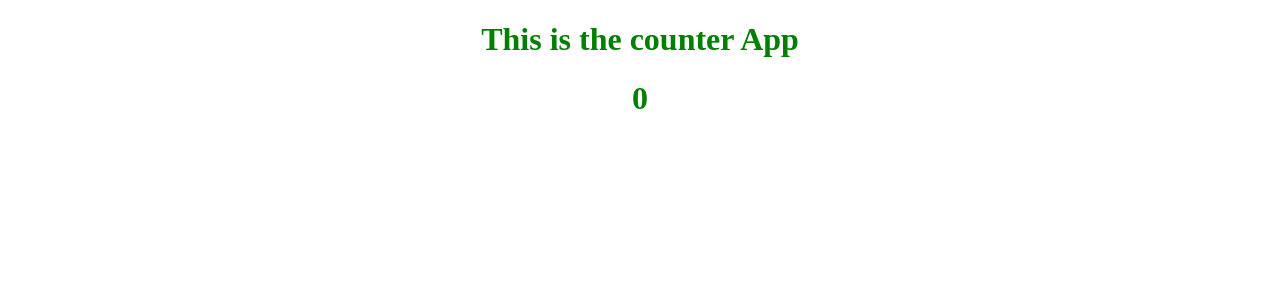
Repository: Gauravyadav678/GcounterApp
Page: / (app in gcounter/)
These files come from the project's save history. The page is drawn as it stood at one moment and after a run of saves; the edit follows.
The browser window is 1280 px wide. The pictures show the whole page.
The project was rebuilt for these pictures with package versions that can differ from the ones it lists, and the page was loaded fresh each time. Also part of the build but not shown: gcounter/src/index.css.

Above is the page before, as saved 2024-10-22 17:24:40.

After the next 2 saves:
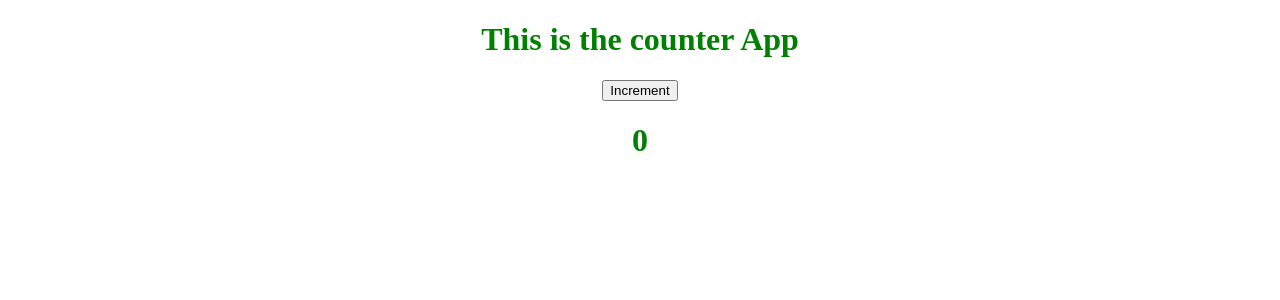
The 2 saves are shown as one change because 1 did not build or start.
The last was saved 43 s later.
--- a/gcounter/src/App.js
+++ b/gcounter/src/App.js
@@ -9,7 +9,8 @@ function App() {
     <div className="App">
       <>
       <h1>This is the counter App</h1>
-       <Increment/>
+
+       <button>Increment {<Increment/>}</button>
       <MainValue/>
       <Decrement/>
       </>
